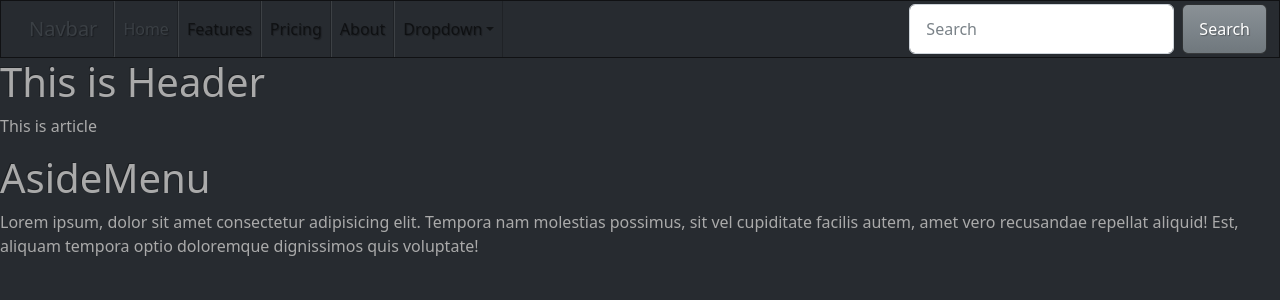
Repository: chanwarichawki/React-BC
Page: /
The author's editor kept a copy of each file at every save. The page is drawn from the files as they stood at one save, then again after the next save.
The browser window is 1280 px wide. The pictures show the whole page.
Some web libraries are served in a nearby version. The project was rebuilt for these pictures with package versions that can differ from the ones it lists, and the page was loaded fresh each time. Also part of the build but not shown: vite.config.js.

Above is the page before, as saved 2024-01-14 20:01:22.

### src/App.jsx
import Article from "./components/Article";
import Header from "./components/Header";
import NavBar from "./components/NavBar";

function App() {
  return (
    <>
    <NavBar />
    <Header />
    <Article />
    </>
  )
}

export default App

### src/index.css
@import "/node_modules/bootswatch/dist/slate/bootstrap.min.css"

### src/components/Article.jsx
import AsideMenu from "./AsideMenu"

const Article = () => {
  return (
      <>
      <div>
      <p>This is article</p>
      </div>
      <AsideMenu />
      </>
  )
}

export default Article

### src/components/Header.jsx

function Header() {
  return (
    <div><h1>This is Header</h1></div>
  )
}

export default Header

### src/components/NavBar.jsx

function NavBar() {
  return (
    <nav className="navbar navbar-expand-lg bg-dark" data-bs-theme="dark">
  <div className="container-fluid">
    <a className="navbar-brand" href="#">Navbar</a>
    <button className="navbar-toggler" type="button" data-bs-toggle="collapse" data-bs-target="#navbarColor02" aria-controls="navbarColor02" aria-expanded="false" aria-label="Toggle navigation">
      <span className="navbar-toggler-icon"></span>
    </button>
    <div className="collapse navbar-collapse" id="navbarColor02">
      <ul className="navbar-nav me-auto">
        <li className="nav-item">
          <a className="nav-link active" href="#">Home
            <span className="visually-hidden">(current)</span>
          </a>
        </li>
        <li className="nav-item">
          <a className="nav-link" href="#">Features</a>
        </li>
        <li className="nav-item">
          <a className="nav-link" href="#">Pricing</a>
        </li>
        <li className="nav-item">
          <a className="nav-link" href="#">About</a>
        </li>
        <li className="nav-item dropdown">
          <a className="nav-link dropdown-toggle" data-bs-toggle="dropdown" href="#" role="button" aria-haspopup="true" aria-expanded="false">Dropdown</a>
          <div className="dropdown-menu">
            <a className="dropdown-item" href="#">Action</a>
            <a className="dropdown-item" href="#">Another action</a>
            <a className="dropdown-item" href="#">Something else here</a>
            <div className="dropdown-divider"></div>
            <a className="dropdown-item" href="#">Separated link</a>
          </div>
        </li>
      </ul>
      <form className="d-flex">
        <input className="form-control me-sm-2" type="search" placeholder="Search" />
        <button className="btn btn-secondary my-2 my-sm-0" type="submit">Search</button>
      </form>
    </div>
  </div>
</nav>
  )
}

export default NavBar

### src/components/AsideMenu.jsx


function AsideMenu() {
  return (
    <>
    <h1>AsideMenu</h1>
    <p>Lorem ipsum, dolor sit amet consectetur adipisicing elit. Tempora nam molestias possimus, sit vel cupiditate facilis autem, amet vero recusandae repellat aliquid! Est, aliquam tempora optio doloremque dignissimos quis voluptate!</p>
    </>
  )
}

export default AsideMenu

Loaded but not shown: index.html (common file); src/main.jsx (common file)

After the next save:
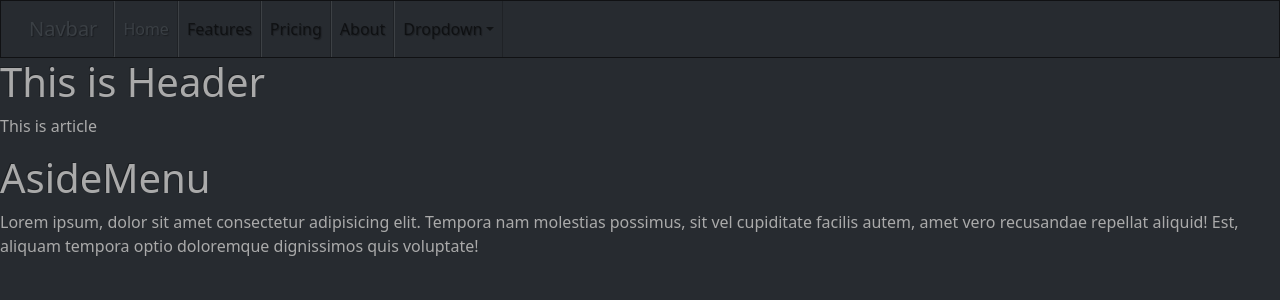
Saved 44 s later.
--- a/src/components/NavBar.jsx
+++ b/src/components/NavBar.jsx
@@ -34,10 +34,6 @@
           </div>
         </li>
       </ul>
-      <form className="d-flex">
-        <input className="form-control me-sm-2" type="search" placeholder="Search" />
-        <button className="btn btn-secondary my-2 my-sm-0" type="submit">Search</button>
-      </form>
     </div>
   </div>
 </nav>
